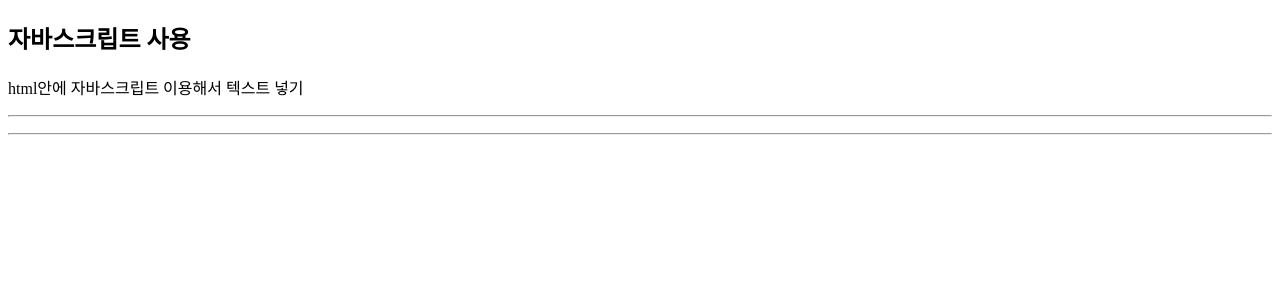
Repository: claddds/2023_webstudy
Page: 01_html/src/main/webapp/day03/ex14_JS.html
The author's editor kept a copy of each file at every save. The page is drawn from the files as they stood at one save, then again after the next save.
The browser window is 1280 px wide. The pictures show the whole page.

Above is the page before, as saved 2023-06-21 05:55:32.

### 01_html/src/main/webapp/day03/ex14_JS.html
<!DOCTYPE html>
<html>
<head>
<meta charset="UTF-8">
<title>자바 스크립트</title>
</head>
<body>
	<!--
		JavaScript는 <script>태그에서 정의하고 사용된다.
		head 태그 안이나 body 태그 안에 모두 사용가능

		태그 속성 중 onXXXX()속성은 JavaScript의 function()을 호출하는 것이다.
		(자바에서 메서드 호출과 같음)
	-->
	<h2>자바스크립트 사용</h2>
	<p>html안에 자바스크립트 이용해서 텍스트 넣기</p>
	<hr>

	<p id="memo"></p>

	<p class="memo2"></p>
	<p class="memo2"></p>
	<p class="memo2"></p>
	<p class="memo2"></p>

	<hr>
	<script type="text/javascript">

	</script>
</body>
</html>

After the next save:
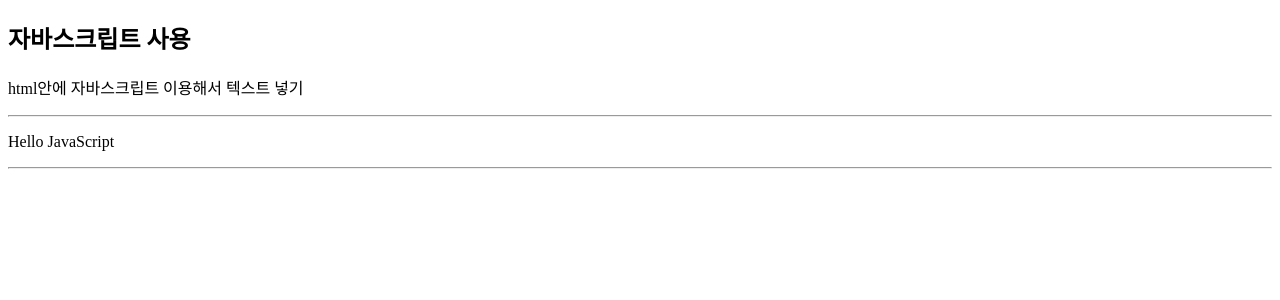
Saved 2 min 2 s later.
--- a/01_html/src/main/webapp/day03/ex14_JS.html
+++ b/01_html/src/main/webapp/day03/ex14_JS.html
@@ -25,7 +25,7 @@
 
 	<hr>
 	<script type="text/javascript">
-
+		document.getElementById("memo").innerHTML="Hello JavaScript";
 	</script>
 </body>
 </html>
